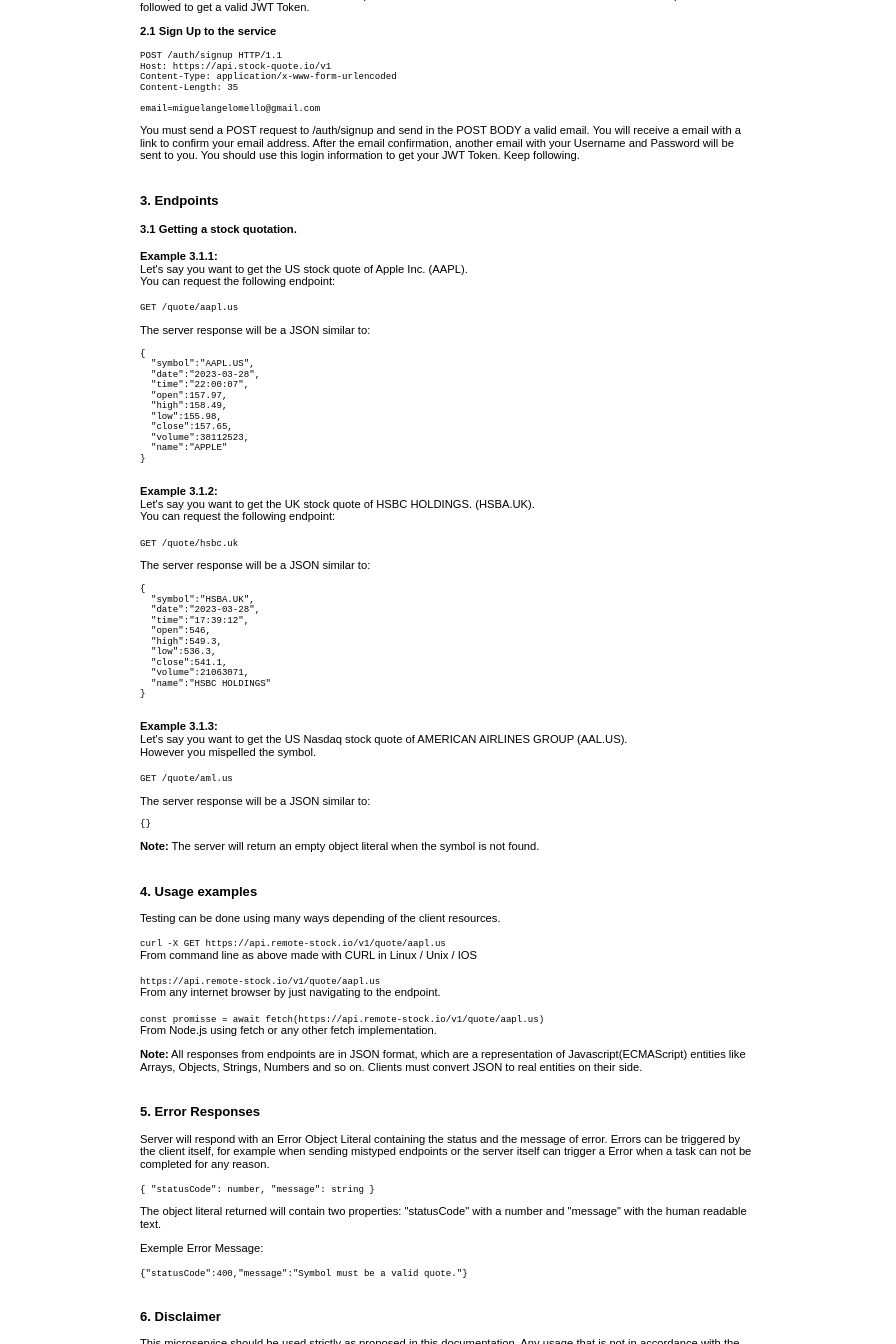
Repository: miguelamello/nest-js
Page: stock-service/documentation.html
The author's editor kept a copy of each file at every save. The page is drawn from the files as they stood at one save, then again after a run of saves.
The browser window is 1280 px wide. The pictures show the part of the page from y = 405 to 2325 px (the page is 2451 px tall before and 2662 px after), at 70% of full size.

Above is the page before, as saved 2023-04-01 15:59:13.

After the next 2 saves:
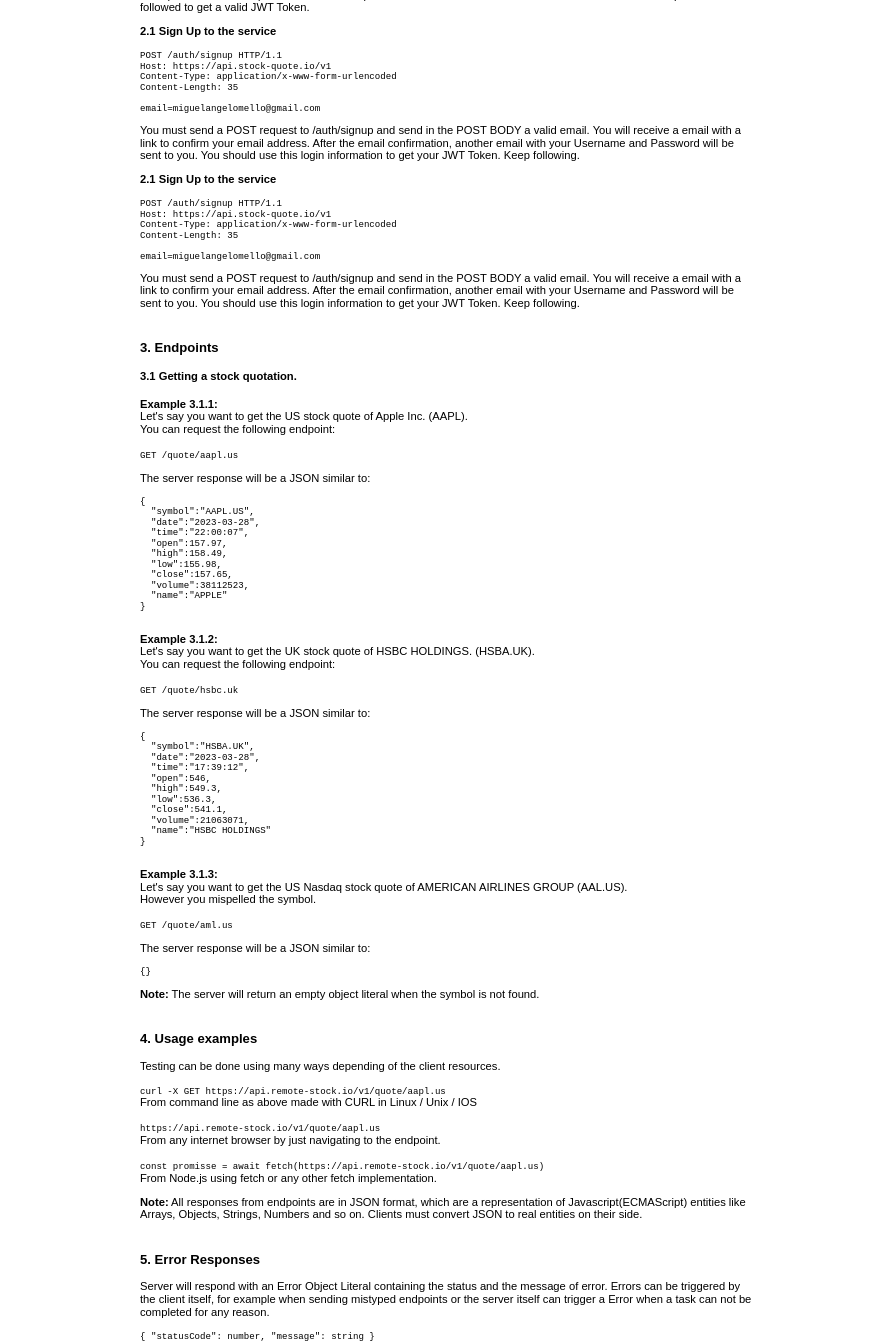
The 2 saves are shown as one change because they came seconds apart.
The last was saved 23 s later.
--- a/stock-service/documentation.html
+++ b/stock-service/documentation.html
@@ -35,6 +35,25 @@
   <h3>2. Authentication</h3>
   <p>JWT (JSON Web Token) Authentication is required for the routes on the microservice.
     Below is listed the steps that must be followed to get a valid JWT Token.</p>
+
+  <p>
+    <div><b>2.1 Sign Up to the service</b></div><br>
+
+    <pre>
+POST /auth/signup HTTP/1.1
+Host: https://api.stock-quote.io/v1
+Content-Type: application/x-www-form-urlencoded
+Content-Length: 35
+
+email=miguelangelomello@gmail.com
+    </pre>
+
+    <div>You must send a POST request to /auth/signup and send in the POST BODY a valid email.
+      You will receive a email with a link to confirm your email address. After the email confirmation,
+      another email with your Username and Password will be sent to you. You should use this login
+      information to get your JWT Token. Keep following.</div>
+    </div>
+  </p>
 
   <p>
     <div><b>2.1 Sign Up to the service</b></div><br>
